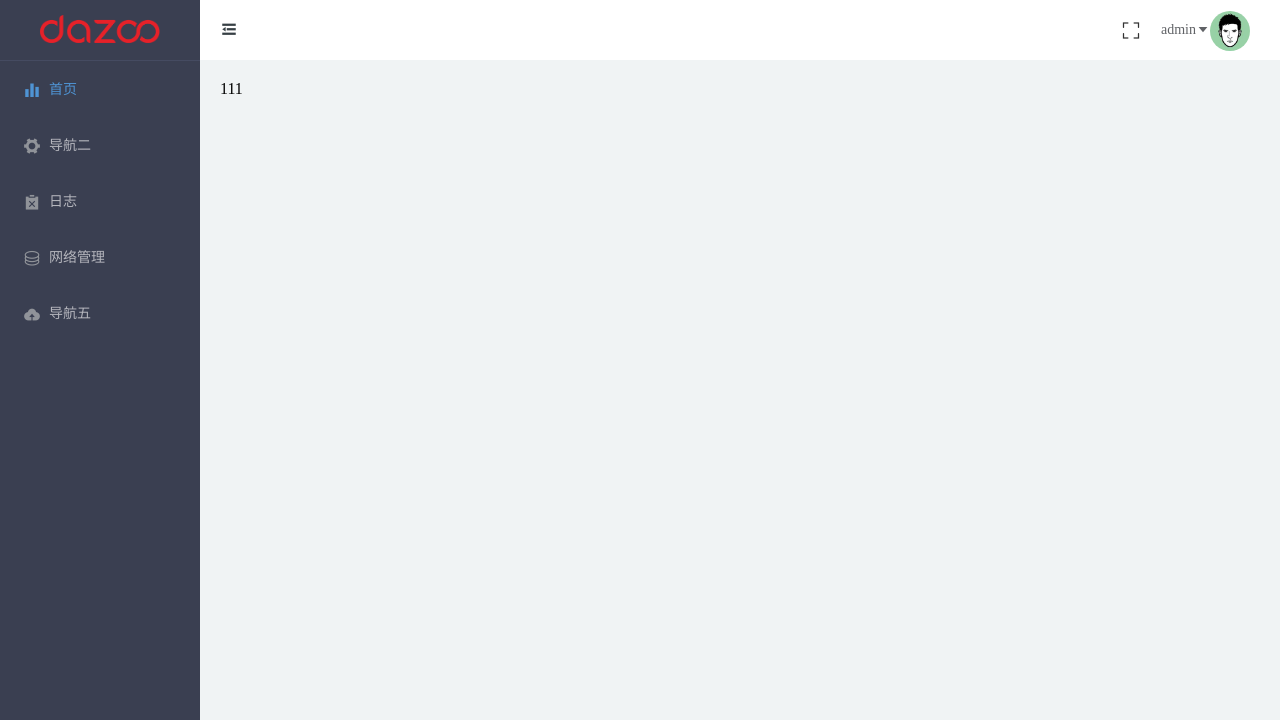
Repository: TomGodb/dazoo-admin
Page: /#/Home
These files come from the project's save history. The page is drawn as it stood at one moment and after the next save; the edit follows.
The browser window is 1280 px wide. The pictures show the whole page.
The project was rebuilt for these pictures with package versions that can differ from the ones it lists, and the page was loaded fresh each time. Also part of the build but not shown: vue.config.js, src/components/SlideVerify/index.vue, src/utils/request.js, src/views/login/http.js, src/views/login/index.vue.

Above is the page before, as saved 2021-01-23 10:13:14.

### public/index.html
<!DOCTYPE html>
<html lang="">
  <head>
    <meta charset="utf-8">
    <meta http-equiv="X-UA-Compatible" content="IE=edge">
    <meta name="viewport" content="width=device-width,initial-scale=1.0">
    <link rel="icon" href="<%= BASE_URL %>favicon.ico">
    <title>运维管理后台</title>
  </head>
  <body>
    <noscript>
      <strong>We're sorry but <%= htmlWebpackPlugin.options.title %> doesn't work properly without JavaScript enabled. Please enable it to continue.</strong>
    </noscript>
    <div id="app"></div>
    <!-- built files will be auto injected -->
  </body>
</html>

### src/main.js
import Vue from "vue";
import App from "./App.vue";
import router from "./router";
import store from "./store";
import ElementUI from 'element-ui';
import 'element-ui/lib/theme-chalk/index.css';
Vue.config.productionTip = false;
Vue.use(ElementUI);
new Vue({
  router,
  store,
  render: h => h(App)
}).$mount("#app");

### src/App.vue
<template>
  <div id="app">
    <!-- <div id="nav">
      <router-link to="/">Home</router-link> |
      <router-link to="/about">About</router-link>
    </div> -->
    <router-view />
  </div>
</template>

<style lang="less">
* {
  padding: 0;
  margin: 0;
}
body,
html {
  height: 100%;
}
#app {
  font-family: "\5FAE\8F6F\96C5\9ED1";
  height: 100%;
}

// #nav {
//   padding: 30px;
//   a {
//     font-weight: bold;
//     color: #2c3e50;
//     &.router-link-exact-active {
//       color: #42b983;
//     }
//   }
// }
</style>

### src/router/index.js
import Vue from "vue";
import VueRouter from "vue-router";

import login from "@v/login/index.vue";
import Home from "@/Home/index.vue";
Vue.use(VueRouter);
import module from './modole'

export const currencyRoutes = [{
    path: "/",
    name: "login",
    component: login,
  },
  {
    path: "/Home",
    name: "Home",
    component: Home,
    redirect: "/dashbord",
    children: module,

  },
];
const router = new VueRouter({
  mode: "hash",
  base: process.env.BASE_URL,
  routes: currencyRoutes
});

export default router;

### src/store/index.js
import Vue from "vue";
import Vuex from "vuex";
import getters from "./getters"

Vue.use(Vuex);
export default new Vuex.Store({
  state: {
    opened: false
  },
  mutations: {
    SET_OPENED(state) {
      state.opened = !state.opened;
    },
  },
  actions: {},
  modules: {},
  getters
});

### src/Home/index.vue
<template>
  <div class="home-container">
    <el-container>
      <el-aside :width="opened ? '64px' : '200px'">
        <el-menu
          :default-active="activeMenu"
          class="el-menu-vertical-demo"
          background-color="#3a3f51"
          text-color="#b5b6bd"
          active-text-color="rgb(79, 148, 212)"
          mode="vertical"
          :collapse-transition="false"
          router
          :collapse="opened"
        >
          <NavMenu :navMenus="menuData"></NavMenu>
        </el-menu>
      </el-aside>
      <el-container>
        <el-header>
          <m-header></m-header>
          <!-- <h1>{{ opened }}</h1> -->
        </el-header>
        <el-main>
          <transition name="fade-page" mode="out-in">
            <router-view></router-view>
          </transition>
        </el-main>
      </el-container>
    </el-container>
  </div>
</template>

<script>
import NavMenu from "./NavMenu";
import { mapGetters } from "vuex";
import MHeader from "./Header";
import { menuData } from "./NavMenu/meunDataRouter";
export default {
  components: {
    NavMenu,
    MHeader,
  },
  data() {
    return {
      menuData,
    };
  },
  computed: {
    activeMenu() {
      return this.$route.path;
    },
    ...mapGetters(["opened"]),
  },
};
</script>

<style lang="less" scoped>
.el-header,
.el-footer {
  // background-color: #b3c0d1;
  color: #333;
  // text-align: center;
  // line-height: 60px;
}
.home-container {
  height: 100%;
  .el-aside {
    transition: width 0.3s;
    overflow: hidden;
    background-color: rgb(58, 63, 81);
  }
  .el-menu {
    border-right: 0px !important;
  }
  .fade-page-enter-active,
  .fade-page-leave-active {
    transition: all 0.5s;
  }
  .fade-page-enter {
    opacity: 0;
    transform: translateX(-30px);
  }
  .fade-page-leave-to {
    opacity: 0;
    transform: translateX(-30px);
  }
}
.el-container {
  // height:calc(100% - 60px);
  height: 100%;
}
.el-main {
  background-color: #f0f3f4;
}
</style>

### src/router/modole/index.js
import aaa from './aaa'
let routesArray = []

let toArray = (pages) => {
  Object.keys(pages).forEach((key) => {
    let obj = pages[key]
    Object.keys(obj).forEach((key) => {
      routesArray.push(obj[key])
    })
  })
}
toArray([aaa])

export default routesArray

### src/store/getters.js

const getters ={
    opened(state){
        return state.opened
    }
}
export default getters;

### src/Home/NavMenu/index.vue
<template>
  <div class="navMenu">
    <div class="header_l" :style="{ width: opened ? '64px' : '200px' }">
      <img v-if="opened" src="@a/ImgSrc/Home-logo/dazoo-logo.png" alt="logo" />
      <img v-else src="@a/ImgSrc/Home-logo/logo.jpg" alt="logo" />
    </div>
    <template v-for="navMenu in navMenus">
      <!-- 最后一级菜单 -->
      <el-menu-item
        v-if="!navMenu.children && navMenu"
        :key="navMenu.id"
        :data="navMenu"
        :index="navMenu.path"
      >
        <i :class="navMenu.meta.icon"></i>
        <span slot="title">{{ navMenu.meta.title }}</span>
      </el-menu-item>
      <!-- 此菜单下还有子菜单 -->
      <el-submenu
        v-if="navMenu.children && navMenu"
        :key="navMenu.id"
        :data="navMenu"
        :index="navMenu.path"
      >
        <template slot="title">
          <i :class="navMenu.meta.icon"></i>
          <span> {{ navMenu.meta.title }}</span>
        </template>
        <!-- 递归 -->
        <NavMenu :navMenus="navMenu.children"></NavMenu>
      </el-submenu>
    </template>
  </div>
</template>

<script>
import { mapGetters } from "vuex";
export default {
  computed: {
    ...mapGetters(["opened"]),
  },
  name: "NavMenu",
  props: ["navMenus"],
  data() {
    return {};
  },
  methods: {},
};
</script>
<style lang="less" scoped>
.header_l {
  border-bottom: 1px solid #454b61;
  width: 200px;
  height: 60px;
  line-height: 60px;
  text-align: center;
  color: white;
  font-size: 15px;
  font-weight: 700;
  img {
    height: 28px;
    vertical-align: middle;
    // margin-right: 8px;
    position: relative;
    top: -3px;
  }
}
</style>

### src/Home/Header/index.vue
<template>
  <div class="sideCollapse">
    <div class="sideCollapse-left" id="domColapse">
      <i
        :class="{ 'el-icon-s-unfold': opened, 'el-icon-s-fold': !opened }"
        @click="toggleOpen()"
      ></i>
    </div>
    <div class="sideCollapse-right">
      <user-dropdown></user-dropdown>
    </div>
  </div>
</template>

<script>
import { mapGetters } from "vuex";
import UserDropdown from "./UserDropdown";
export default {
  components: {
    UserDropdown,
  },
  computed: {
    ...mapGetters(["opened"]),
    // toggleClass() {
    //   return {
    //     'el-icon-s-unfold': this.opened === 'true',
    //     'el-icon-s-fold': this.opened !== 'true'
    //   }
    // }
  },
  methods: {
    toggleOpen() {
      this.$store.commit("SET_OPENED");
    },
  },
};
</script>
<style lang="less" scoped>
.sideCollapse-left {
  float: left;

  font-size: 18px;
  color: #363f44;
  cursor: pointer;
}
.sideCollapse {
  background-color: white;
  line-height: 60px;
  height: 100%;
}
.sideCollapse-right {
  float: right;
}
</style>

### src/Home/NavMenu/meunDataRouter.js
const menuData = [{
        id: 1,
        meta: {
            title: "首页",
            icon: "el-icon-s-data"
        },
        path: "/dashbord",
    },
    {
        id: 2,
        meta: {
            title: "导航二",
            icon: "el-icon-s-tools"
        },
        path: "/dashbord/aaa"

        // children: [{

        //     path: "/dashbord/aaa",
        //     meta: {
        //         title: "导航2-1",
        //         icon: "el-icon-s-tools"
        //     },
        // }]
    },
    {
        id: 3,
        meta: {
            title: "日志",
            icon: "el-icon-s-release"
        },
        path: "/",
    },
    {
        id: 4,
        meta: {
            title: "网络管理",
            icon: "el-icon-coin"
        },
        path: "/",
    },
    {
        id: 5,
        meta: {
            title: "导航五",
            icon: "el-icon-upload"
        },
        path: "/",
    },
]

export {
    menuData
}

### src/router/modole/aaa.js
export default [{
        path: "/dashbord",
        name: "Dashbord",
        component: () => import("@v/dashbord"),
        meta: {
            title: "首页",
            icon: "el-icon-s-data"
        }
    },
    {
        path: "/dashbord/aaa",
        name: "aaa",
        component: () => import("@v/aaa"),
        meta: {
            title: "aaa",
            icon: "el-icon-s-data"
        }
    },
]

### src/Home/Header/UserDropdown.vue
<template>
  <div>
    <div class="hoverBag" @click="toggleFull">
      <i class="el-icon-full-screen iconFont"></i>
    </div>
    <el-dropdown class="userDd hoverBag" @command="handleCommand">
      <div class="userDrop">
        <span class="userDrop_text">
          admin<i class="el-icon-caret-bottom"></i
        ></span>
        <img src="@a/ImgSrc/header_images/user01.jpg" alt="user" />
      </div>
      <el-dropdown-menu solt="dropdown">
        <el-dropdown-item
          v-for="(item, index) in dropdownList"
          :key="index"
          :command="index"
        >
          <i :class="item.icon"></i>{{ item.title }}
        </el-dropdown-item>
        <!-- <el-dropdown-item>
          <i class=""></i>
        </el-dropdown-item>
        <el-dropdown-item divided>
          <i class=""></i>
        </el-dropdown-item> -->
      </el-dropdown-menu>
    </el-dropdown>
  </div>
</template>
<script>
import screenfull from "screenfull";
export default {
  data() {
    return {
      dropdownList: [
        {
          icon: "el-icon-s-home",
          title: "首页",
          path: "/Home",
        },
        {
          icon: "el-icon-s-custom",
          title: "个人信息",
          path: "/dashbord/aaa",
        },
        {
          icon: "el-icon-switch-button",
          title: "登出",
          path: "/",
        },
      ],
    };
  },
  methods: {
    handleCommand(index) {
      this.$router.push(this.dropdownList[index].path);
    },
    toggleFull() {
      screenfull.toggle();
    },
  },
};
</script>
<style lang="less" scoped>
.iconFont {
  font-size: 20px;
  vertical-align: middle;
}
.userDrop img {
  vertical-align: middle;
  display: inline-block;
  width: 40px;
  height: 40px;
  border-radius: 50%;
  vertical-align: middle;
}

.hoverBag {
  cursor: pointer;
  height: 100%;
  padding: 0px 10px;
  float: left;
}
.hoverBag:hover {
  background: #f0f3f4;
}
</style>

### src/views/dashbord/index.vue
<template>
<div>
    111
</div>
</template>
<script>
export default {
    data(){
        return {

        }
    }
}
</script>
<style lang="less" scoped>

</style>

After the next save:
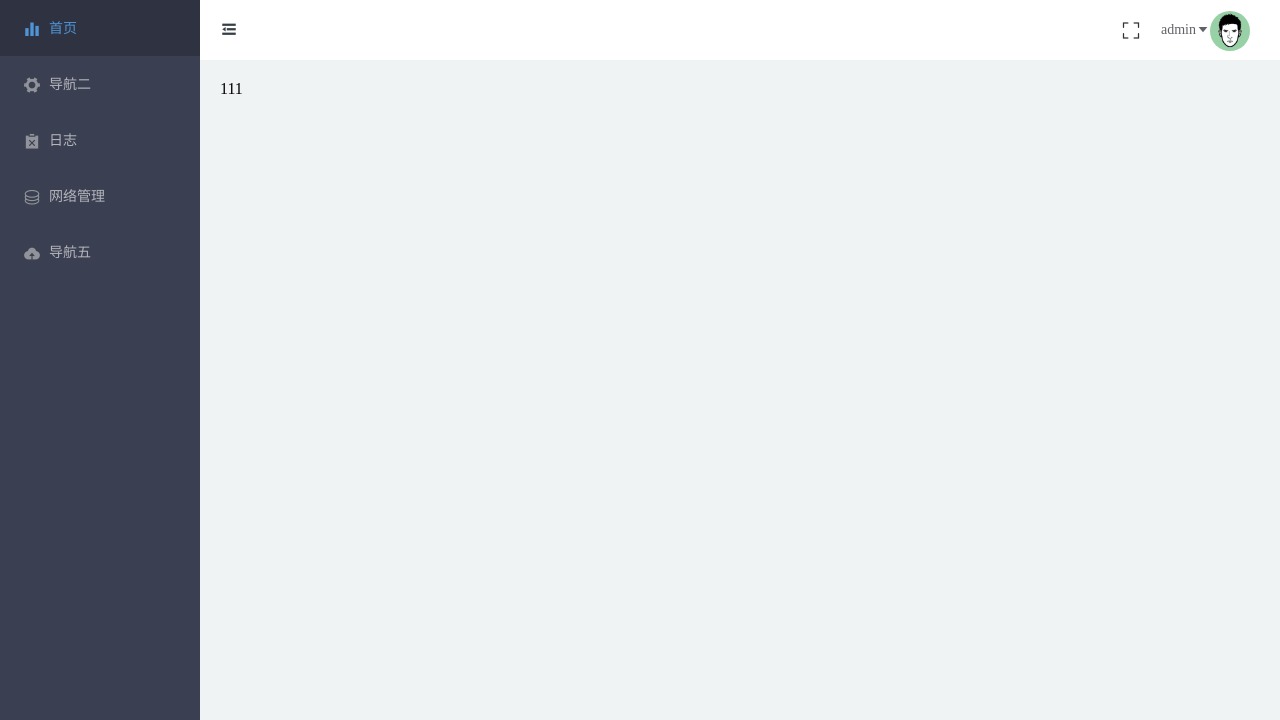
Saved 15 min 19 s later.
--- a/src/Home/NavMenu/index.vue
+++ b/src/Home/NavMenu/index.vue
@@ -1,9 +1,9 @@
 <template>
   <div class="navMenu">
-    <div class="header_l" :style="{ width: opened ? '64px' : '200px' }">
+    <!-- <div class="header_l" :style="{ width: opened ? '64px' : '200px' }">
       <img v-if="opened" src="@a/ImgSrc/Home-logo/dazoo-logo.png" alt="logo" />
       <img v-else src="@a/ImgSrc/Home-logo/logo.jpg" alt="logo" />
-    </div>
+    </div> -->
     <template v-for="navMenu in navMenus">
       <!-- 最后一级菜单 -->
       <el-menu-item
